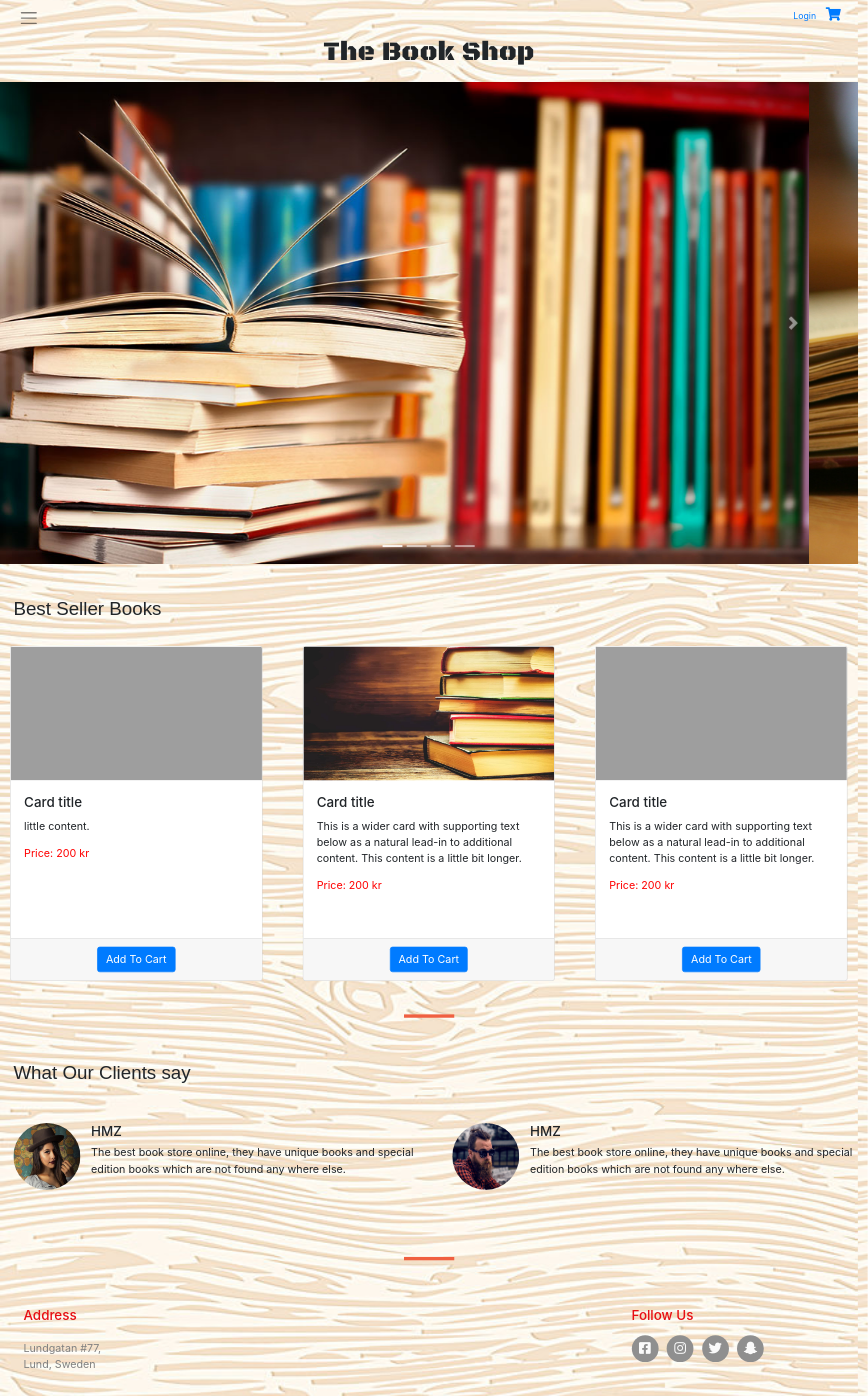
Repository: haithem2005/book-store2
Page: index.html
The author's editor kept a record of every edit. The page is drawn from the files as they stood at one moment, then again after the next edit.
The browser window is 1280 px wide. The page is 1295 px wide, so the pictures cover 1295 px, including what lies to the right of the window. The pictures show the whole page, at 67% of full size.
Pictures or frames that could not be fetched are drawn as grey boxes. Backgrounds fixed to the window are drawn as part of the page. Some web fonts or font styles are not loaded; a fallback is used. Some web libraries are served in a nearby version.

Above is the page before.

### index.html
<!DOCTYPE html>
<html lang="en">

<head>
    <meta charset="UTF-8">
    <meta name="viewport" content="width=device-width, initial-scale=1.0">
    <meta http-equiv="X-UA-Compatible" content="ie=edge">
    <link rel="stylesheet" href="https://stackpath.bootstrapcdn.com/bootstrap/4.3.1/css/bootstrap.min.css" integrity="sha384-ggOyR0iXCbMQv3Xipma34MD+dH/1fQ784/j6cY/iJTQUOhcWr7x9JvoRxT2MZw1T" crossorigin="anonymous">
    <link href="https://fonts.googleapis.com/css?family=Dancing+Script:400,700|Fruktur|Gloria+Hallelujah|Playball&display=swap" rel="stylesheet">
    <link rel="stylesheet" href="assets/css/style.css" type="text/css" />
    <link rel="stylesheet" href="https://use.fontawesome.com/releases/v5.8.2/css/all.css" integrity="sha384-oS3vJWv+0UjzBfQzYUhtDYW+Pj2yciDJxpsK1OYPAYjqT085Qq/1cq5FLXAZQ7Ay" crossorigin="anonymous">

    <title>Home</title>

</head>


<body>


    <!__________________nav___________->
    <header>
        <div class="fluid-container navedite">
            <div class="row no-gutters ">
                <div class="col-3 3lines">
                    <nav class="navbar navbar-light bg-light bar-lg fixed">

                        <button class="navbar-toggler" type="button" data-toggle="collapse" data-target="#navbarsExample01" aria-controls="navbarsExample01" aria-expanded="false" aria-label="Toggle navigation">
                             <span class="navbar-toggler-icon"></span>
                        </button>

                        <div class="collapse navbar-collapse" id="navbarsExample01">
                            <ul class="navbar-nav mr-auto">
                                <li class="nav-item active">
                                    <a class="nav-link" href="#">Home <span class="sr-only">(current)</span></a>
                                </li>
                                <li class="nav-item active">
                                    <a class="nav-link" href="#">Contact</a>
                                </li>
                                <li class="nav-item active">
                                    <a class="nav-link" href="#">About Us</a>
                                </li>

                                <li class="nav-item dropdown">
                                    <a class="nav-link dropdown-toggle" href="#" id="dropdown01" data-toggle="dropdown" aria-haspopup="true" aria-expanded="false">Catalogue</a>
                                    <div class="dropdown-menu" aria-labelledby="dropdown01">
                                        <a class="dropdown-item" href="#">Novels</a>
                                        <a class="dropdown-item" href="#">Kids</a>
                                        <a class="dropdown-item" href="#">Education</a>
                                    </div>
                                </li>
                            </ul>
                        </div>
                    </nav>
                </div>
                <div class="col-9 header-list1">

                    <ul class="header-list">
                        <li><a href="#" target="_blank">Login</a></li>

                        <li><a href="#" target="_blank"><i class="fa fa-shopping-cart" style="font-size:20px"></i></a></li>
                    </ul>

                </div>
            </div>
        </div>
        <div class="row">
            <div class="col-12">
                <h1 class="main-title">The Book Shop</h1>
            </div>
        </div>
    </header>

    <!__________________caro___________->
    <section>
        <div id="carouselExampleIndicators" class="carousel slide" data-ride="carousel">
            <ol class="carousel-indicators">
                <li data-target="#carouselExampleIndicators" data-slide-to="0" class="active"></li>
                <li data-target="#carouselExampleIndicators" data-slide-to="1"></li>
                <li data-target="#carouselExampleIndicators" data-slide-to="2"></li>
                <li data-target="#carouselExampleIndicators" data-slide-to="3"></li>
            </ol>
            <div class="carousel-inner">
                <div class="carousel-item active">
                    <img src="assets/images/image1.jpg" class="d-block w-100" alt="...">
                </div>
                <div class="carousel-item">
                    <img src="assets/images/image2.jpg" class="d-block w-100" alt="...">
                </div>
                <div class="carousel-item">
                    <img src="assets/images/image3.jpg" class="d-block w-100" alt="...">
                </div>
                <div class="carousel-item">
                    <img src="assets/images/image4.jpg" class="d-block w-100" alt="...">
                </div>
            </div>
            <a class="carousel-control-prev" href="#carouselExampleIndicators" role="button" data-slide="prev">
    <span class="carousel-control-prev-icon" aria-hidden="true"></span>
    <span class="sr-only">Previous</span>
  </a>
            <a class="carousel-control-next" href="#carouselExampleIndicators" role="button" data-slide="next">
    <span class="carousel-control-next-icon" aria-hidden="true"></span>
    <span class="sr-only">Next</span>
  </a>
        </div>
    </section>

    <!__________________cards___________->

    <section class="fluid-container books-heading">
        <div class="row ">
            <div class="col-12">
                 <h3 class="sub-title">
                     Best Seller Books
                 </h3>
            </div>
        </div>
    </section>

    <section class="fluid-container">
        <div class="row no-gutters">
            <div class="card-deck">

                <div class="col-md-6 col-lg-4">
                    <div class="card">
                        <img src="assets/images/image (1).png" class="card-img-top" alt="...">
                        <div class="card-body">
                            <h5 class="card-title">Card title</h5>
                            <p class="card-text">little content.</p>
                            <h7  class="card-text price">Price: 200 kr</h7>
                        </div>
                        <div class="card-footer">
                            <a href="#" class="btn btn-primary">Add To Cart</a>
                        </div>
                    </div>
                </div>

                <div class="col-md-6 col-lg-4">
                    <div class="card">
                        <img src="assets/images/image3.jpg" class="card-img-top" alt="...">
                        <div class="card-body">
                            <h5 class="card-title">Card title</h5>
                            <p class="card-text">This is a wider card with supporting text below as a natural lead-in to additional content. This content is a little bit longer.</p>
                            <h7  class="card-text price">Price: 200 kr</h7>
                        </div>
                        <div class="card-footer">
                            <a href="#" class="btn btn-primary">Add To Cart</a>
                        </div>
                    </div>
                </div>

                <div class="col-md-6 col-lg-4">
                    <div class="card">
                        <img src="assets/images/image4.jpg" class="card-img-top" alt="...">
                        <div class="card-body">
                            <h5 class="card-title">Card title</h5>
                            <p class="card-text">This is a wider card with supporting text below as a natural lead-in to additional content. This content is a little bit longer.</p>
                            <h7 class="card-text price">Price: 200 kr</h7>
                        </div>
                        <div class="card-footer">
                            <a href="#" class="btn btn-primary">Add To Cart</a>
                        </div>
                    </div>
                </div>
            </div>

        </div>
    </section>
    <!-------------------quates---------->
   <hr class="block-divider block-divider--orange">
<section class="fluid-container quates">
    <div class="row">
        <div class="col-md-12">
            <h3 class="sub-title">
                What Our Clients say
            </h3>
        </div>
    </div>
    <div class="row fluid-countainer">
        <div class="col-md-6">
            <div class="media">
                <img src="assets/images/girl-image.png" class="align-self-center mr-3" alt="...">
                <div class="media-body">
                    <h5 class="mt-0">HMZ</h5>
                    <p>The best book store online, they have unique books and special edition books which are not found any where else.</p>
                 </div>
            </div>
        </div>
        <div class="col-md-6">
            <div class="media">
                <img src="assets/images/guy-image.png" class="align-self-center mr-3" alt="...">
                <div class="media-body">
                    <h5 class="mt-0">HMZ</h5>
                    <p>The best book store online, they have unique books and special edition books which are not found any where else.</p>
                </div>
            </div>
        </div>
    </div>
</section>
<hr class="block-divider block-divider--orange">

    <!__________________footer___________->
    <footer class="container-fluid">
        <div id="footer-details" class="row no-gutters justify-content-center">
            <div class="col-sm-9">
                <h5 class="uppercase footer-heading">Address</h5>

                <p class="inline-block address">
                    Lundgatan #77, <br> Lund, Sweden
                </p>

            </div>

            <div class="col-sm-3 social-footer">
                <h5 class="uppercase footer-heading">Follow Us</h5>
                <ul class="list-inline social">
                    <li class="list-inline-item">
                        <a href="#" target="_blank">
                       <i class="fab fa-facebook-square"></i>
                           <span class="sr-only">facebook</span>
                    </a>
                    </li>
                    <li class="list-inline-item">
                        <a href="#" target="_blank">
                       <i class="fab fa-instagram"></i>
                           <span class="sr-only">instagram</span>
                    </a>
                    </li>
                    <li class="list-inline-item">
                        <a href="#" target="_blank">
                      <i class="fab fa-twitter"></i>
                           <span class="sr-only">twitter</span>
                    </a>
                    </li>
                    <li class="list-inline-item">
                        <a href="#" target="_blank">
                      <i class="fab fa-snapchat-ghost"></i>
                           <span class="sr-only">snap chat</span>
                    </a>
                    </li>
                </ul>
            </div>
        </div>

    </footer>





    <script src="https://code.jquery.com/jquery-3.3.1.slim.min.js " integrity="sha384-q8i/X+965DzO0rT7abK41JStQIAqVgRVzpbzo5smXKp4YfRvH+8abtTE1Pi6jizo " crossorigin="anonymous "></script>
    <script src="https://cdnjs.cloudflare.com/ajax/libs/popper.js/1.14.7/umd/popper.min.js " integrity="sha384-UO2eT0CpHqdSJQ6hJty5KVphtPhzWj9WO1clHTMGa3JDZwrnQq4sF86dIHNDz0W1 " crossorigin="anonymous "></script>
    <script src="https://stackpath.bootstrapcdn.com/bootstrap/4.3.1/js/bootstrap.min.js " integrity="sha384-JjSmVgyd0p3pXB1rRibZUAYoIIy6OrQ6VrjIEaFf/nJGzIxFDsf4x0xIM+B07jRM " crossorigin="anonymous "></script>

</body>

</html>

### assets/css/style.css
@import url('https://fonts.googleapis.com/css?family=Black+Ops+One|Pattaya&display=swap');


body,html {
 background: url(../images/main2.jpg) no-repeat center center fixed;

  -webkit-background-size: cover;
  -moz-background-size: cover;
  -o-background-size: cover;
  background-size: cover;

}



.bar-lg{
    background-color: transparent !important;
    transition: color .15s ease-in-out,background-color .15s ease-in-out,border-color .15s ease-in-out,box-shadow .15s ease-in-out;
    border:none;

}


/*.bar-lg:hover{
    background-color: rgba(255,255,255,0.7) !important ;
}*/
.navbar-light .navbar-toggler{
    border:none;
}
.nav-item a{
    color: #4E4D4D !important;
    margin-left: 20px;

    -moz-transition: all .5s ease-in-out;
    -webkit-transition: all .5s ease-in-out;
    -o-transition:all .5s ease-in-out;

}
.nav-item a:hover{
    transform: translatex(20px);
    color: #E70E13 !important;
}
.navbar-nav .dropdown-menu {
    background-color: transparent;
    border:none;
}
.no-gutters {
  margin-right: 0;
  margin-left: 0;
}
.header-list li{
    display: inline;
    text-decoration: none;
    font-size: small;
    padding-left: 5px;
    padding-right: 5px;
}


.header-list{
   margin-right: 20px;
   margin-top: 10px;
   text-align: right;
}

/*.header-list1{
    background-color: transparent;
}*/

.navedite{
    background-color: transparent !important;
}




/*---------------footer-----------------------*/
footer{
    background-color: transparent;
    color: #FEF9F9;
    min-height: 120px;
    margin-top: 50px;

}
.footer-heading{
    color: #E70E13;
}

.social{
    padding-bottom: 15px;
}
.social li a i{
    margin-top: 10px;
    font-size: 20px;
    width: 40px;
    height: 40px;
    text-align: center;
    padding:12px 0;
    border-radius: 50%;
    background-color: #8f8f8f;
    color: #fafafa;
    line-height: 16px;
     transition: all 0.35s ease-in-out;
    -moz-transition: all 0.35s ease-in-out;
    -webkit-transition: all 0.35s ease-in-out;
    -o-transition: all 0.35s ease-in-out;
}
.social li a i:hover{
    background:#E70E13;
}
#footer-details{
    padding: 20px;

}






.address{
    margin-top: 25px;
    color: grey;
}

.card img{
    height: 200px;
    max-width:100%

}

.card{
    margin-top: 30px;
    min-height:500px;
    min-width:  30%;
    max-width: 50;
    background-size: cover;
}
.card-footer{
    text-align: center;
}


.carousel-inner{
    max-height: 100vh;
}

.price{
    color: red;
}

.sub-title{
    margin-top: 50px;
    margin-left: 20px;
    font-family: 'Pattaya', sans-serif;
}
.main-title{
    text-align: center;
    margin-bottom: 20px;
    font-family: 'Black Ops One', cursive;
}


/* Quotes */

.media img{
    width: 100px;
    height: 100px;
    border-radius: 50%;

}
.media{
    margin-top: 50px;
    margin-left: 20px;
    margin-bottom: 50px;
}


/* Block dividers */

.block-divider {
    width: 75px;
    height: 5px;
    border: 0;
    background-color: #444;
}

.block-divider--orange {
    background-color: #f05f40;
    margin-top: 50px;
}

.block-divider--white {
    background-color: white;
}

.block-divider--short {
    width: 35px;
}

After the next edit:
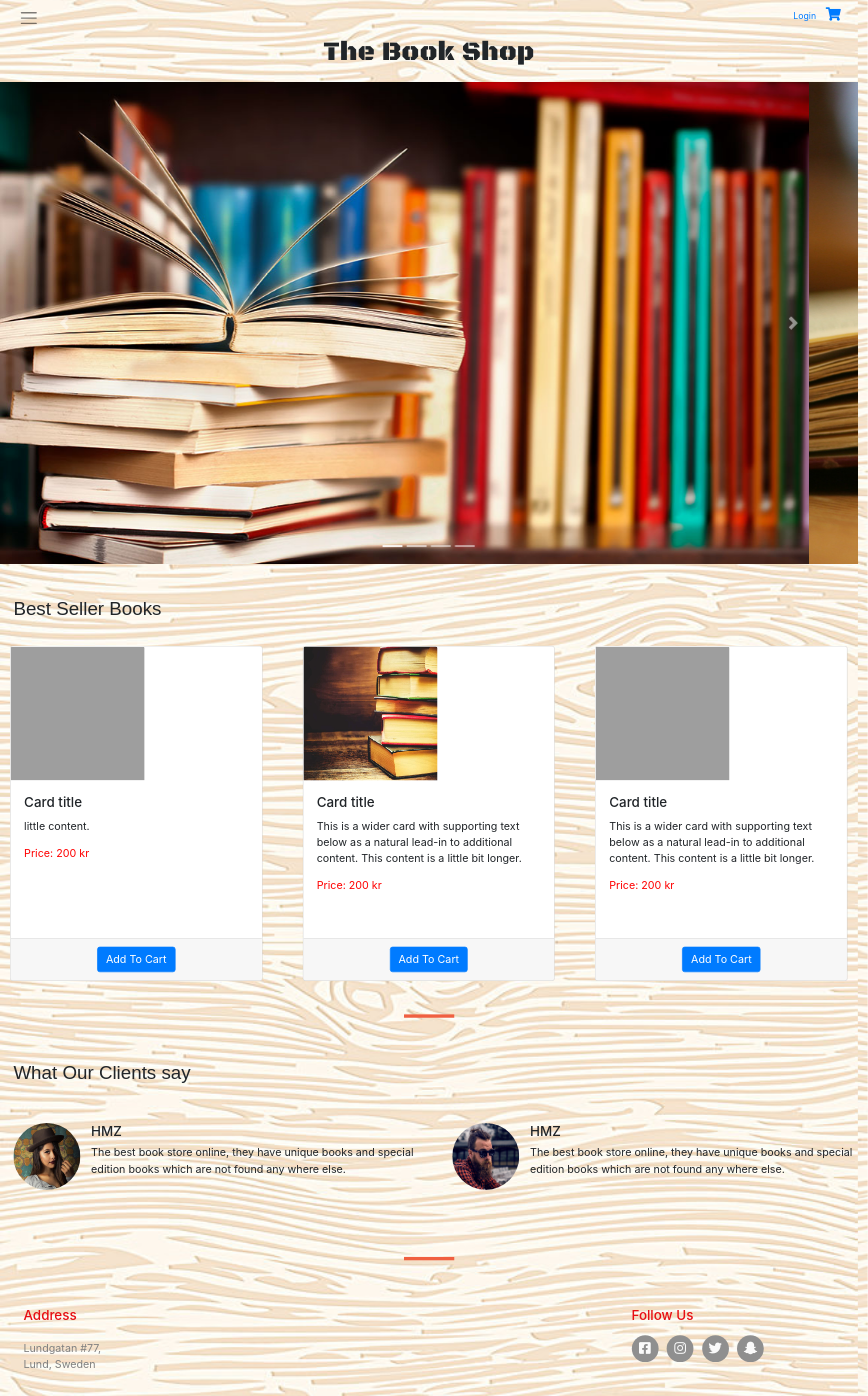
The edit:
--- a/assets/css/style.css
+++ b/assets/css/style.css
@@ -125,7 +125,8 @@
 
 .card img{
     height: 200px;
-    max-width:100%
+    width: 200px;
+
 
 }
 
